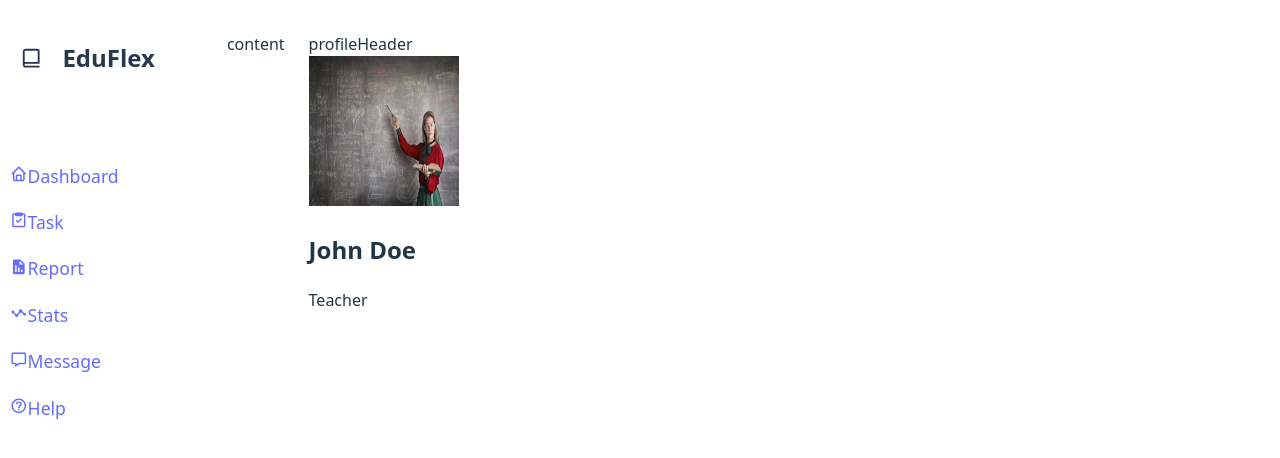
Repository: gogg23/react-dash
Page: /
The author's editor kept a copy of each file at every save. The page is drawn from the files as they stood at one save, then again after the next save.
The browser window is 1280 px wide. The pictures show the whole page.
The project was rebuilt for these pictures with package versions that can differ from the ones it lists, and the page was loaded fresh each time. Also part of the build but not shown: vite.config.js.

Above is the page before, as saved 2025-04-02 21:54:52.

After the next save:
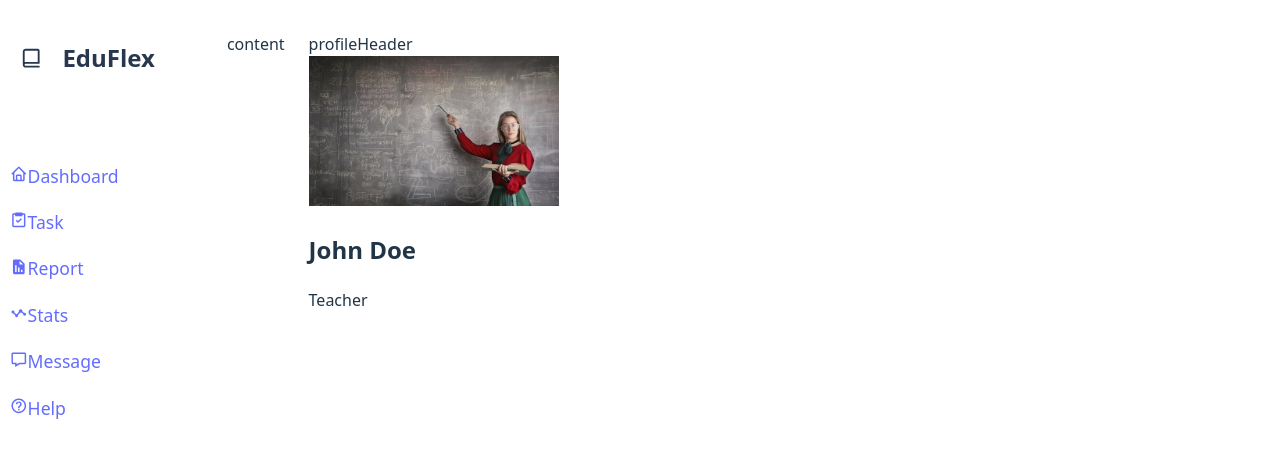
Saved 21 s later.
--- a/src/components/Profile.jsx
+++ b/src/components/Profile.jsx
@@ -11,7 +11,7 @@ const Profile = () => {
 
       <div className='user--profile'>
         <div className='user--detail'>
-          <img src={Image1} alt='Profile' width='150' height='150' />
+          <img src={Image1} alt='Profile' width='250' height='150' />
           <h2 className='user--name'>John Doe</h2>
           <span className='profession'>Teacher</span>
           <div className='user-courses'></div>
